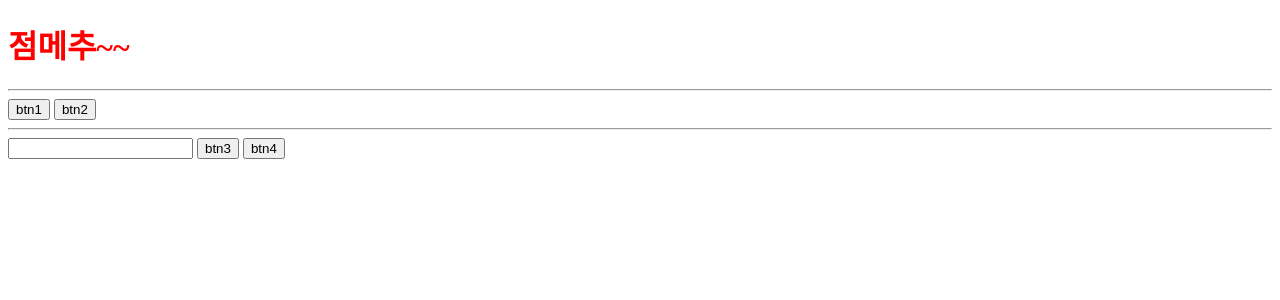
Repository: AgentHyun/FishDalle3
Page: Feb13_1_jQuery/WebContent/2_CSS.html
These files come from the project's save history. The page is drawn as it stood at one moment and after the next save; the edit follows.
The browser window is 1280 px wide. The pictures show the whole page.

Above is the page before, as saved 2025-02-13 03:25:22.

### Feb13_1_jQuery/WebContent/2_CSS.html
<!DOCTYPE html>
<html>
<head>
<meta charset="UTF-8">
<title>Insert title here</title>
<style type "text/css>
h1 {

color : red;
transition : all 0.5s ease-out;

}

</style>
<script type ="text/javascript" src ="jQuery.js"></script>
<script type ="text/javascript">
$(function(){
	// $("선택자").css("속성명", "값");
	$("#btn1").click(()=>{

		$("h1").css("color", "teal");
		$("h1").css("background-color", "pink");
        let color = ("teal");


	 });

	//btn2를 누르면 현재 h1의 글자색을 alert 창에 출력

	$("#btn2").click(()=>{

       alert($("h1").css("color"));

	 });

	let iInput = $("#i");
	//btn3을 누르면 input에 입력한 값대로 h1의 글자크기가 바뀌도록
	$("#btn3").click(()=>{

       $("h1").css("font-size", iInput.val());

	 });
	//btn4를 누르면 input의 가로길이를 input에 값으로 출력

	$("#btn4").click(()=>{

	       $("input").css("width", iInput.val());

		 });
});



</script>


</head>
<body>


<h1>점메추~~</h1>
<hr>
<button id = "btn1">btn1</button>
<button id = "btn2">btn2</button>
<hr>
<input id = "i">
<button id = "btn3">btn3</button>
<button id = "btn4">btn4</button>




</body>
</html>

Loaded but not shown: Feb13_1_jQuery/WebContent/jQuery.js (library)

After the next save:
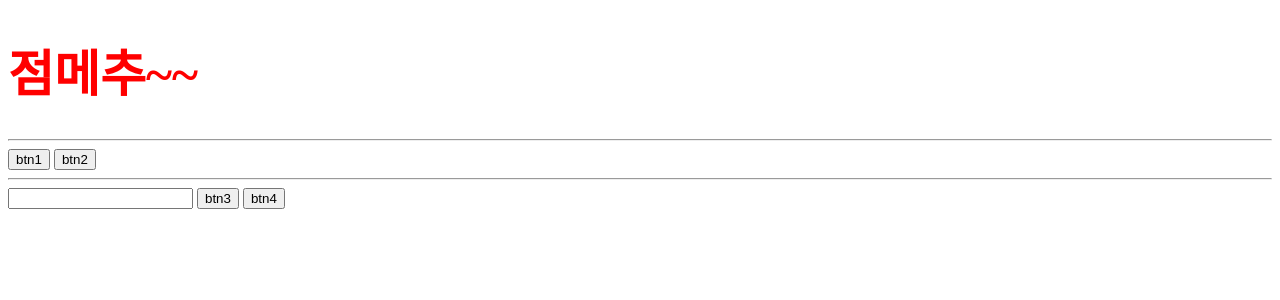
Saved 105 s later.
--- a/Feb13_1_jQuery/WebContent/2_CSS.html
+++ b/Feb13_1_jQuery/WebContent/2_CSS.html
@@ -8,7 +8,7 @@
 
 color : red;
 transition : all 0.5s ease-out;
-
+font-size : 50px;
 }
 
 </style>

After the save that followed:
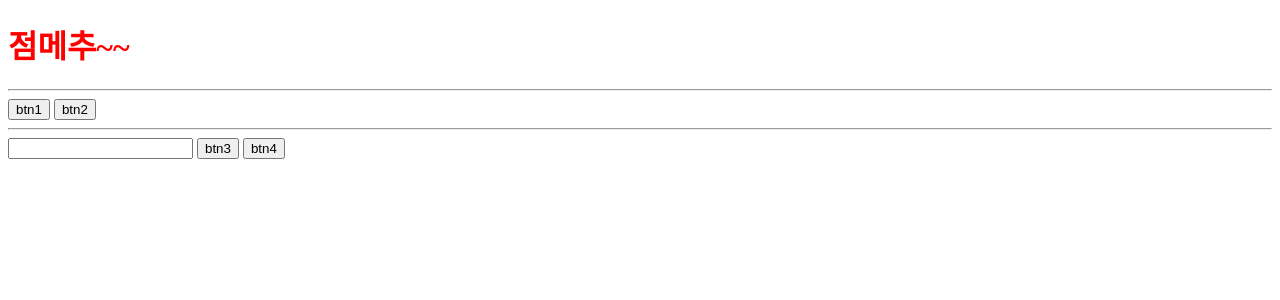
Saved 6 s later.
--- a/Feb13_1_jQuery/WebContent/2_CSS.html
+++ b/Feb13_1_jQuery/WebContent/2_CSS.html
@@ -8,7 +8,7 @@
 
 color : red;
 transition : all 0.5s ease-out;
-font-size : 50px;
+
 }
 
 </style>
